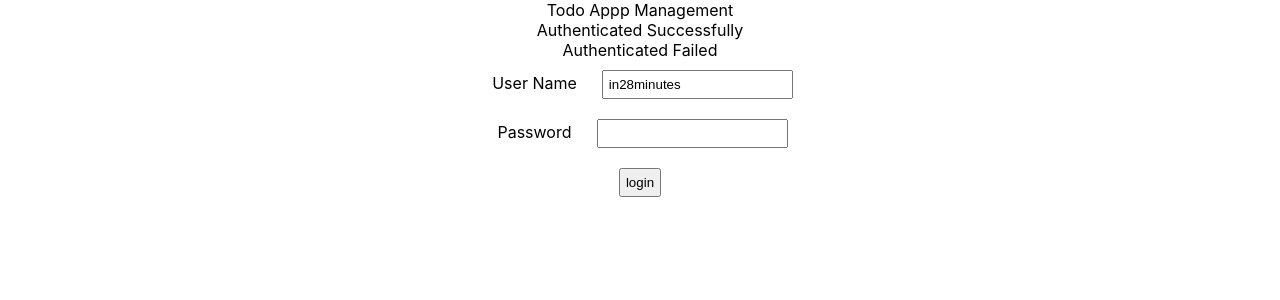
Repository: alexveremis/ReactWithRestAPI
Page: /todos
These files come from the project's save history. The page is drawn as it stood at one moment and after the next save; the edit follows.
The browser window is 1280 px wide. The pictures show the whole page.
The project was rebuilt for these pictures with package versions that can differ from the ones it lists, and the page was loaded fresh each time.

Above is the page before, as saved 2023-11-21 11:24:12.

### src/App.js
import './App.css';
import TodoApp from './components/todo/TodoApp'


function App() {
  return (
    <div className="App">
      <TodoApp />
    </div>
  );
}


export default App;

### src/components/todo/TodoApp.jsx
import './TodoApp.css'
import { useState } from 'react'


export default function TodoApp(){
    return(
        <div className="TodoApp">
            Todo Appp Management
            <LoginComponent />
            {/* <WelcomeComponent /> */}

        </div>
    )
}

function LoginComponent(){

    function handleUsernameChange(event){
        console.log(event.target.value);
        setUsername(event.target.value)
    }
    function handlePasswordChange(event){
        console.log(event.target.value);
        setPassword(event.target.value)
    }

    function handleSubmit(event){
        console.log(username);
        console.log(password);
        if(username==='alex' && password==='ver'){
            console.log('Success')
        } else{
            console.log('Failed')
        }
    }

    const [username, setUsername] = useState('in28minutes')
    const [password, setPassword] = useState('')
    const [showSuccessMessage, setSuccessMessage] = useState(false)

    return(
        <div className="Login">
            <div className="successMessage">Authenticated Successfully</div>
            <div className="errorMessage">Authenticated Failed</div>

            <div className="LoginForm">
                <div>
                    <label>User Name</label>
                    <input type="text" name="username" value={username} onChange={handleUsernameChange}/>
                </div>
                <div>
                    <label>Password</label>
                    <input type="password" name="password" value={password} on onChange={handlePasswordChange}/>
                </div>
                <div>
                    <button type="button" name="login" onClick={handleSubmit}>login</button>
                </div>
            </div>
        </div>
    )
}

function WelcomeComponent(){
    return(
        <div className="Welcome">
            Welcome Component
        </div>
    )
}

### src/components/todo/TodoApp.css
label, input, button {
    margin: 10px;
    padding: 5px;
}

Loaded but not shown: public/index.html (common file); src/index.js (common file); src/index.css (common file); src/reportWebVitals.js (common file); src/App.css (common file)

After the next save:
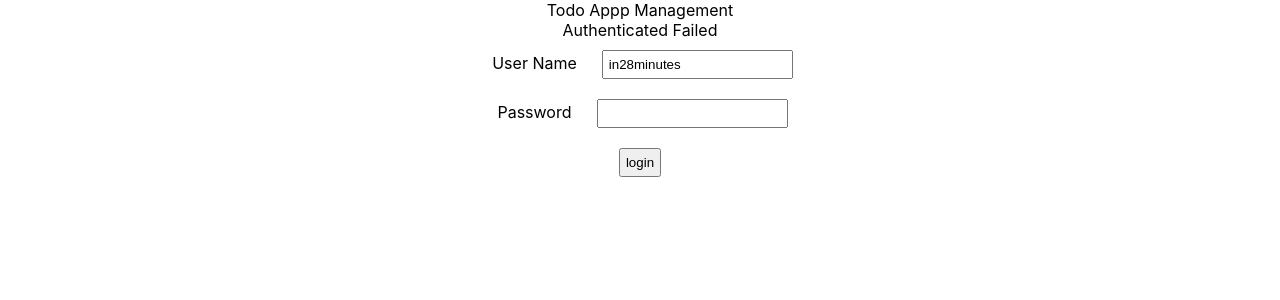
Saved 2 days later.
--- a/src/components/todo/TodoApp.jsx
+++ b/src/components/todo/TodoApp.jsx
@@ -40,7 +40,7 @@ function LoginComponent(){
 
     return(
         <div className="Login">
-            <div className="successMessage">Authenticated Successfully</div>
+            {showSuccessMessage && <div className="successMessage">Authenticated Successfully</div>}
             <div className="errorMessage">Authenticated Failed</div>
 
             <div className="LoginForm">
